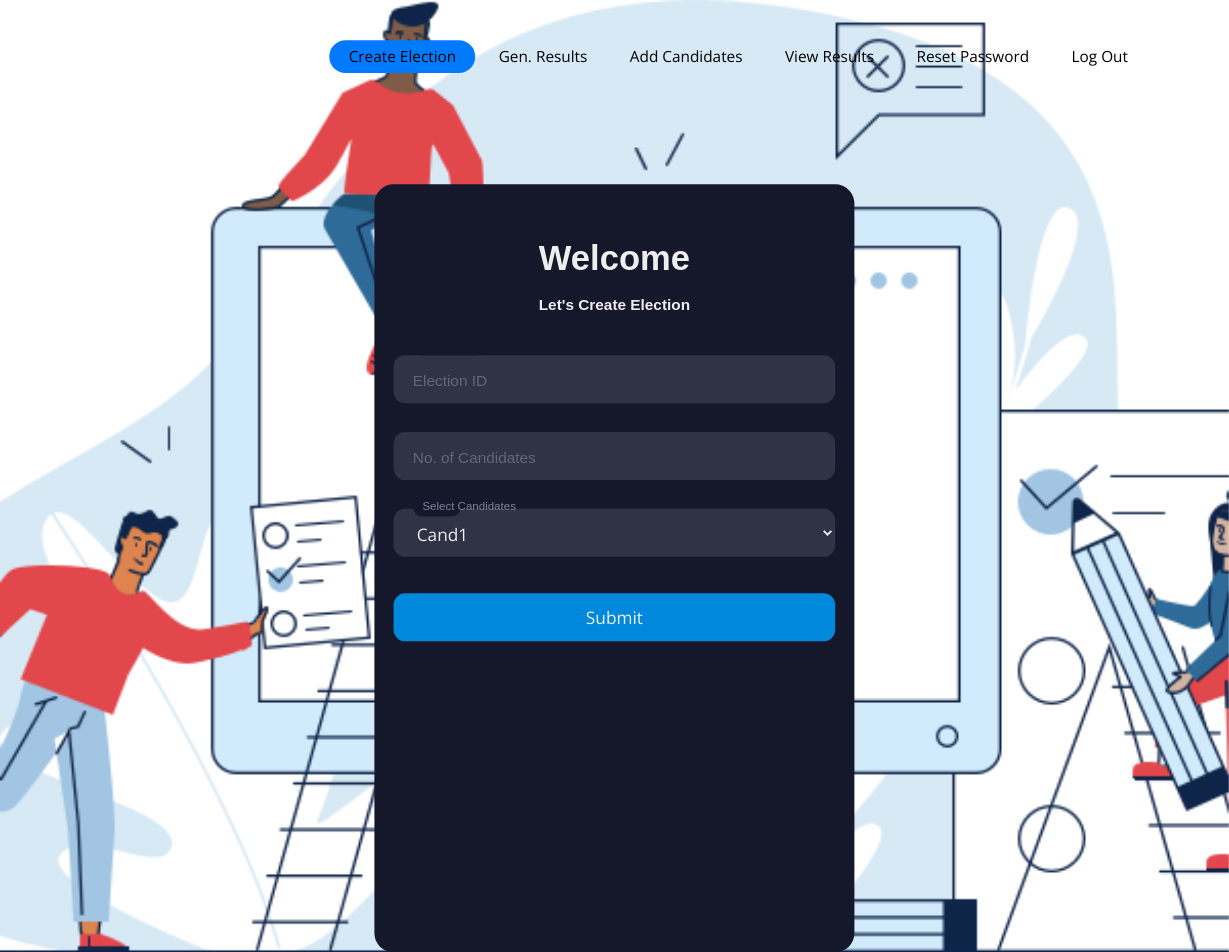
Repository: CS699-IITB-Autumn-2021/project-alpha_team
Page: http://localhost/genResult.html
The author's editor kept a copy of each file at every save. The page is drawn from the files as they stood at one save, then again after the next save.
The browser window is 1280 px wide. The pictures show the whole page, at 96% of full size.
The page is served by the project's application, run on Flask 3 (app.py).

Above is the page before, as saved 2021-10-26 13:09:11.
Console error: ReferenceError: $ is not defined

After the next save:
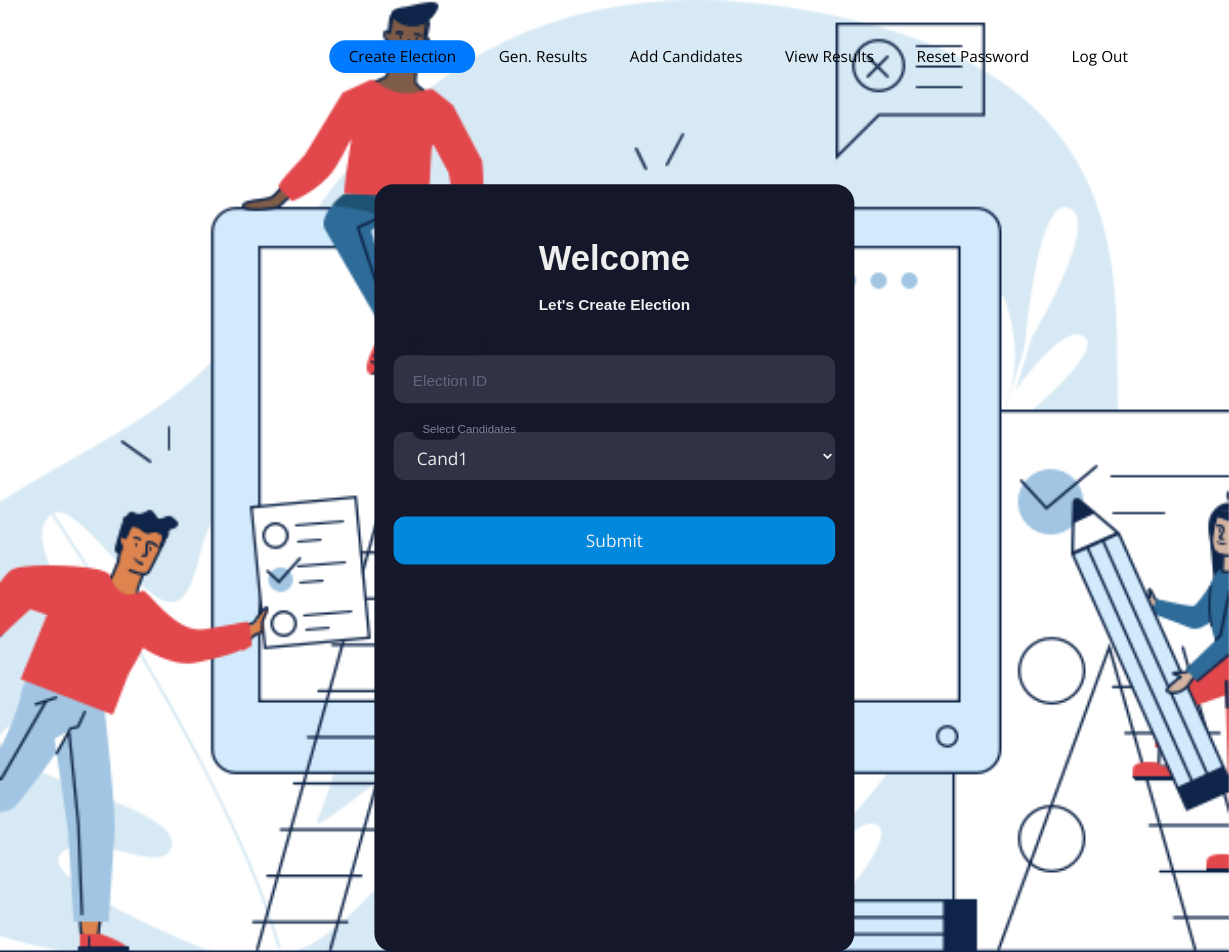
Saved 11 s later.
--- a/IVote/templates/genResult.html
+++ b/IVote/templates/genResult.html
@@ -83,11 +83,6 @@
           <label for="id" class="placeholder">Election ID</label>
         </div>
         <div class="input-container ic2">
-          <input id="candidate" class="input" name="numcand" type="number" min="0" placeholder=" " />
-          <div class="cut cut-short"></div>
-          <label for="candidate" class="placeholder">No. of Candidates </label>
-        </div>
-        <div class="input-container ic2">
           <select id="select" class="mul" name="select" placeholder=" ">
             <option value="Cand1">Cand1</option>
             <option value="Cand2">Cand2</option>
